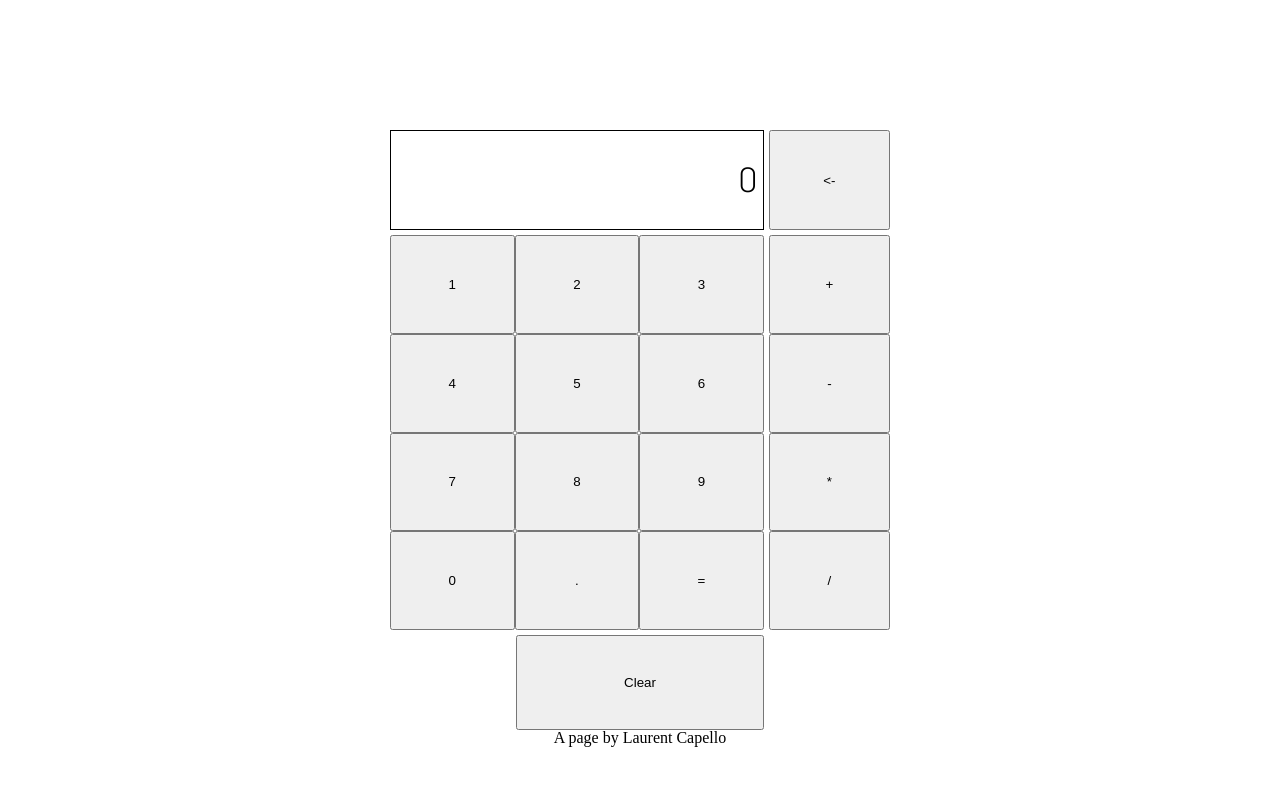
Repository: sokafootball/js-calculator
Page: index.html
An editor plug-in stored every save of this project. The page is shown before and after the next save, followed by the edit.
The browser window is 1280 px wide. The pictures show the whole page.

Above is the page before, as saved 2020-05-03 10:03:40.

After the next save:
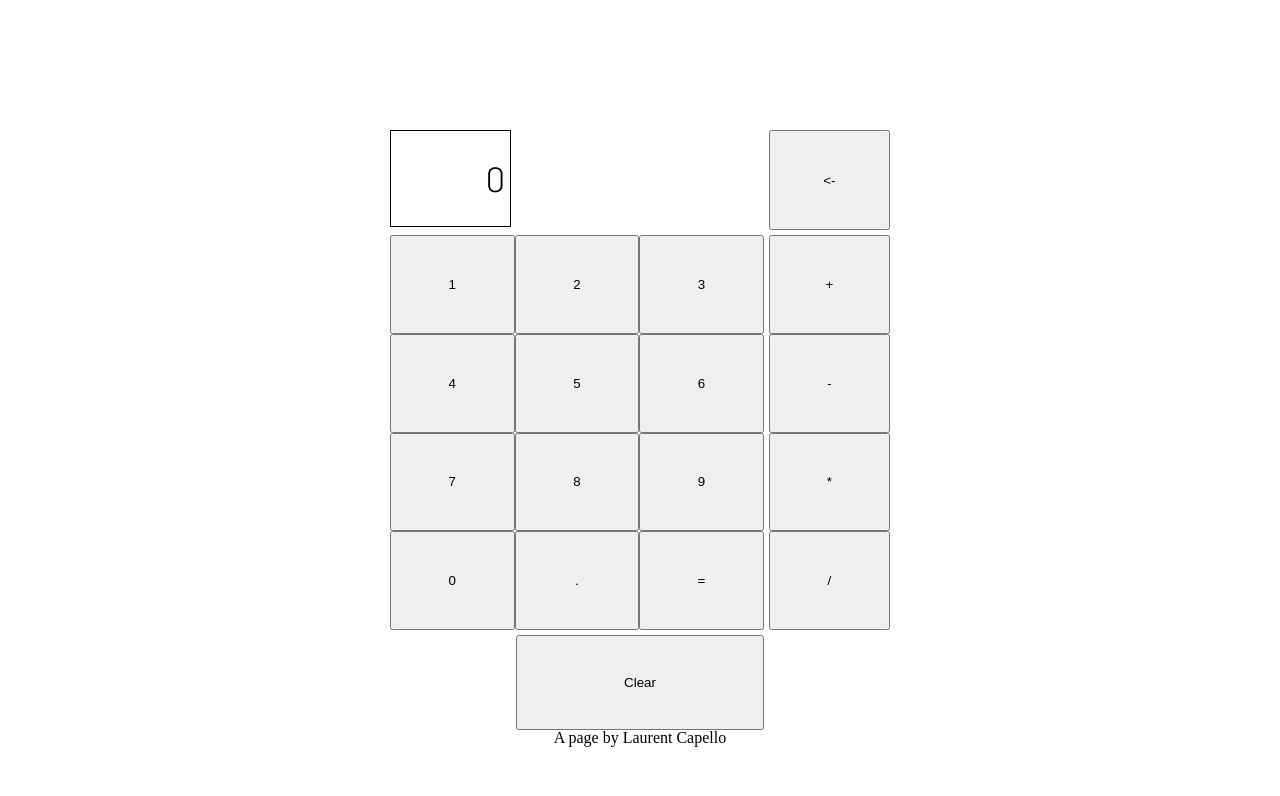
Saved 62 s later.
--- a/index.html
+++ b/index.html
@@ -8,7 +8,9 @@
 <body>
 <main id="main">
   <div id="calculator">
-    <p id="display">0</p>
+    <div id="display-div">
+      <p id="display">0</p>
+    </div>
     <button id="backspace" class="button"><-</button>
     <div id="numpad">
       <button class="button num-button">1</button>
